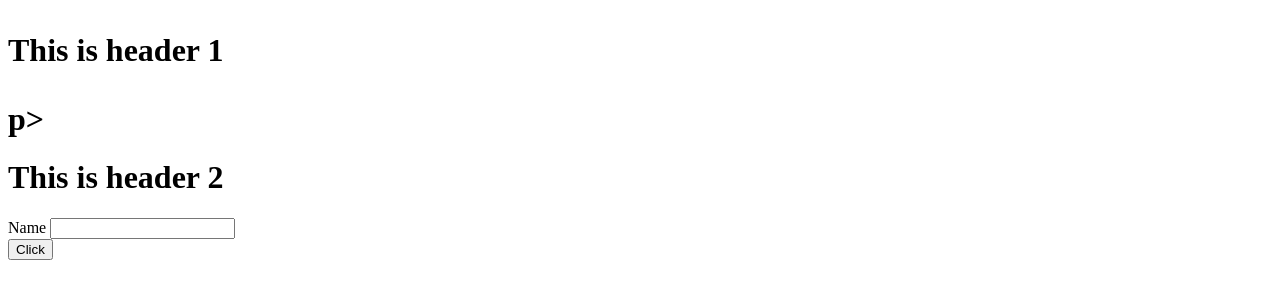
Repository: ravinforu/HTML5_CSS3_JS_Frameworks_Jul_2012-1
Page: Day01/WebContent/ajax.html
The author's editor kept a copy of each file at every save. The page is drawn from the files as they stood at one save, then again after the next save.
The browser window is 1280 px wide. The pictures show the whole page.

Above is the page before, as saved 2012-07-20 08:43:04.

After the next save:
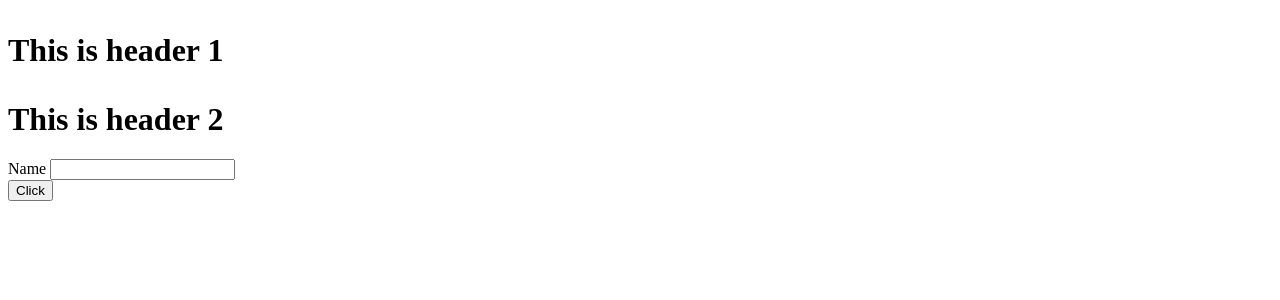
Saved 2 s later.
--- a/Day01/WebContent/ajax.html
+++ b/Day01/WebContent/ajax.html
@@ -17,7 +17,7 @@
 </head>
 <body>
 	<h1 id="header1">
-		<p>This is header 1</p>p>
+		<p>This is header 1</p>
 	</h1>
 	<h1 class="header2">This is header 2</h1>
 	Name <input type="text" id="nameText">
